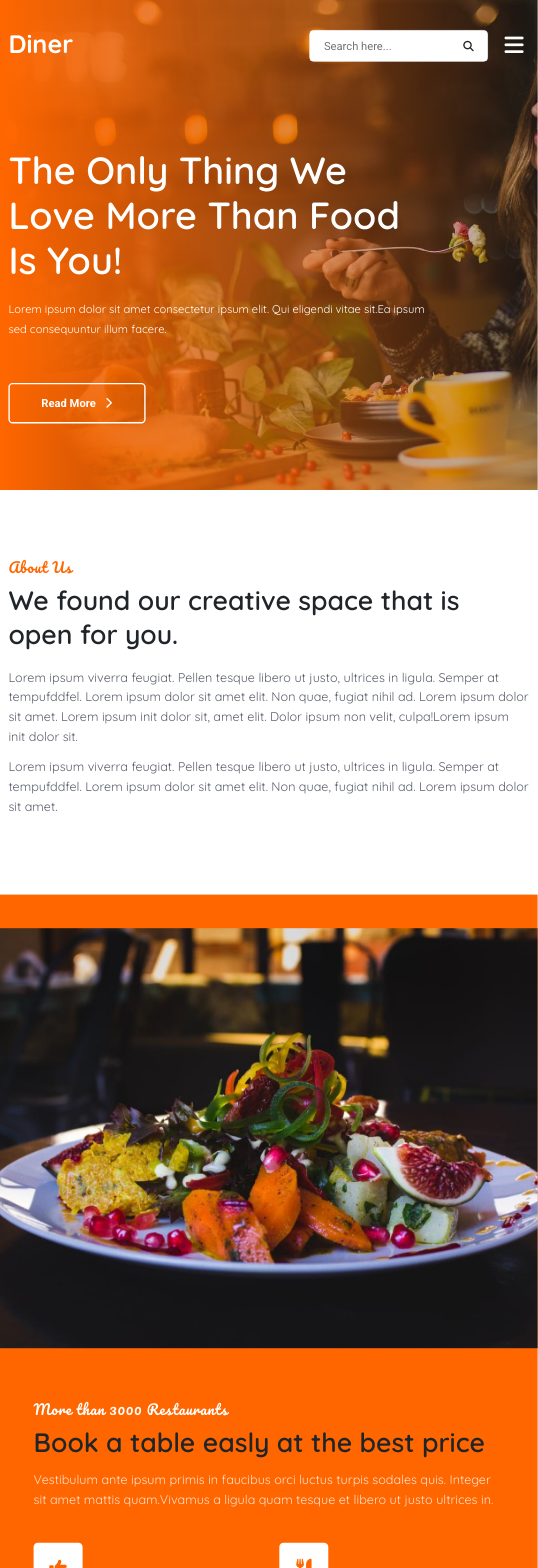
Repository: minhtrivu6199/Diner
Page: index.html
These files come from the project's save history. The page is drawn as it stood at one moment and after the next save; the edit follows.
The browser window is 768 px wide. The pictures show the part of the page from y = 0 to 2240 px (the page is 5285 px tall), at 70% of full size.
Backgrounds fixed to the window are drawn as part of the page. The style sheet was rebuilt from its Sass, Less or Tailwind sources for each picture, by a compiler version that may differ from the author's.

Above is the page before, as saved 2022-10-12 12:14:33.

After the next save:
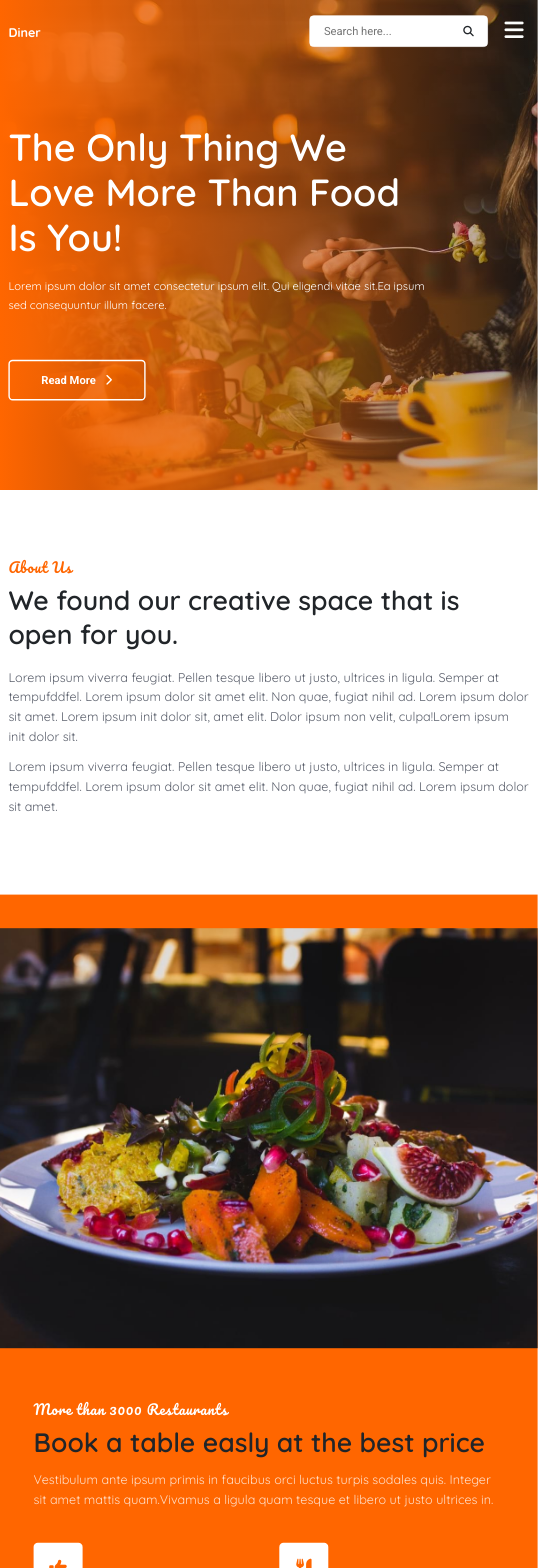
Saved 48 s later.
--- a/scss/style.scss
+++ b/scss/style.scss
@@ -101,7 +101,7 @@
   @media only screen and (max-width: 768px) {
     & {
       .container {
-        .header-banner {
+        .banner-header {
           padding: 20px 0 10px 0;
           .banner-logo {
             .logo-brand {
